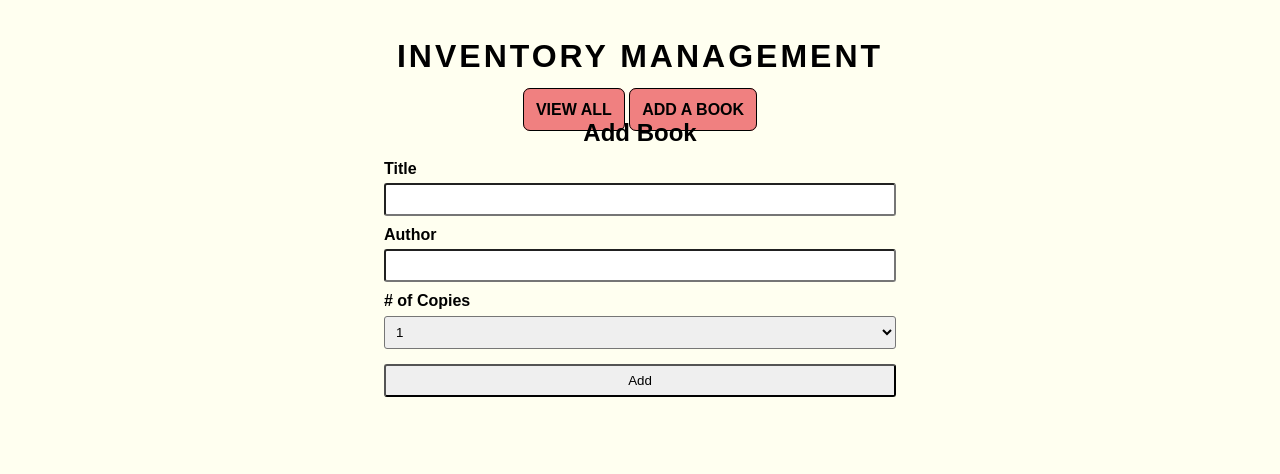
Repository: MuffinCrow/ucvts-library
Page: http://localhost/ucvts-library/bookform.jsp
An editor plug-in stored every save of this project. The page is shown before and after the next save, followed by the edit.
The browser window is 1280 px wide. The pictures show the whole page.
The page is served by Tomcat 9. Other server files are loaded and not shown. The template is opened directly, without the code that normally fills it, so the values that code supplies are empty.

Above is the page before, as saved 2021-01-12 05:21:37.

### Code/ucvts-library/WebContent/bookform.jsp
<%@ page language="java" contentType="text/html; charset=UTF-8" pageEncoding="UTF-8"%>
<%@ taglib uri="http://java.sun.com/jsp/jstl/core" prefix="c"%>

<!DOCTYPE html>
<html>
	<head>
		<meta charset="UTF-8">
		<title>UCVTS Library</title>

		<style type="text/css">
			<%@ include file="css/styles.css" %>
		</style>
	</head>
	<body>
		<div>
			<h1>Inventory Management</h1>

			<div>
				<a href="${pageContext.request.contextPath}/" class="header-button">VIEW ALL</a>
				<A href="${pageContext.request.contextPath}/add" class="header-button">ADD A BOOK</A>
			</div>
		</div>
		<div>
			<c:if test="${book != null}">
				<h2>Edit Book</h2>
				<form action="update" method="post">
					<input type="hidden" name="id" value="<c:out value="${book.title}" />" />

					<label>Title<input type="text" name="title" value="<c:out value="${book.title}" />" /></label>
					<label>Author<input type="text" name="author" value="<c:out value="${book.title}" />" /></label>
					<label>
						# of Copies
						<select name="copies">
							<c:forEach begin="1" end="15" varStatus="loop">
								<option value="${loop.index}" <c:if test="${book.copies == loop.index}">selected</c:if>>${loop.index}</option>
							</c:forEach>
							</select>
						</label>
					<div class="form-actions">
						<input type="submit" value="Save" name="submit" />
						<input type="submit" value="Delete" name="submit" />
					</div>
				</form>
			</c:if>
			<c:if test="${book == null}">
				<h2>Add Book</h2>
				<form action="insert" method="post">
					<input type="hidden" name="id" />

					<label>Title<input type="text" name="title" /></label>
					<label>Author<input type="text" name="author" /></label>
					<label>
						# of Copies
							<select name="copies">
								<c:forEach begin="1" end="15" varStatus="loop">
									<option value="${loop.index}">${loop.index}</option>
								</c:forEach>
							</select>
						</label>
					<input type="submit" value="Add" name="submit" />
				</form>
			</c:if>
		</div>
	</body>
</html>

### Code/ucvts-library/WebContent/css/styles.css
* {
	box-sizing: border-box;
	margin: 0;
	padding: 0;
}

body {
	background-color: ivory;
	font-family: "Montserrat", sans-serif;
	padding-top: 3%;
	text-align: center;
}

h1 {
	letter-spacing: 3px;
	margin-bottom: 2%;
	text-transform: uppercase;
}

table {
	border-collapse: collapse;
	margin: 0 auto;
	width: 80%;
}

table tr:first-child {
	background-color: lightblue;
}

table th {
	font-weight: bold;
}

table td {
	text-align: left;
}

table td:nth-child(3),
table td:nth-child(4) {
	text-align: center;
}

table td:nth-child(5) div {
	display: flex;
	justify-content: space-around;
}

table th,
table td {
	padding: 7px;
}

form {
	display: flex;
	flex-direction: column;
	margin: 0 auto;
	width: 40%;
}

form label {
	display: flex;
	flex-direction: column;
	font-weight: bold;
	margin-bottom: 2%;
	text-align: left;
}

form input,
form select {
	border-radius: 3px;
	margin-top: 1%;
	padding: 7px;
}

h2 {
	margin-bottom: 1%;
}

.header {
	display: flex;
	justify-content: space-between;
	margin: 0 auto;
	margin-bottom: 2%;
	width: 30%;
}

.header-button {
	background-color: lightcoral;
	border: 1px solid black;
	border-radius: 7px;
	color: black;
	font-weight: bold;
	padding: 12px;
	text-align: center;
	text-decoration: none;
	width: 45%;
}

.header-button:active {
	background-color: coral;
	color: white;
}

.button {
	background-color: lightgray;
	border: 1px solid black;
	border-radius: 3px;
	color: black;
	font-size: 14px;
	padding: 5px;
	text-align: center;
	text-decoration: none;
	width: 25%;
}

.button:active {
	background-color: darkgray;
	color: white;
}

.form-actions {
	display: flex;
	justify-content: space-between;
	margin-top: 3%;
}

.form-actions input {
	width: 45%;
}

After the next save:
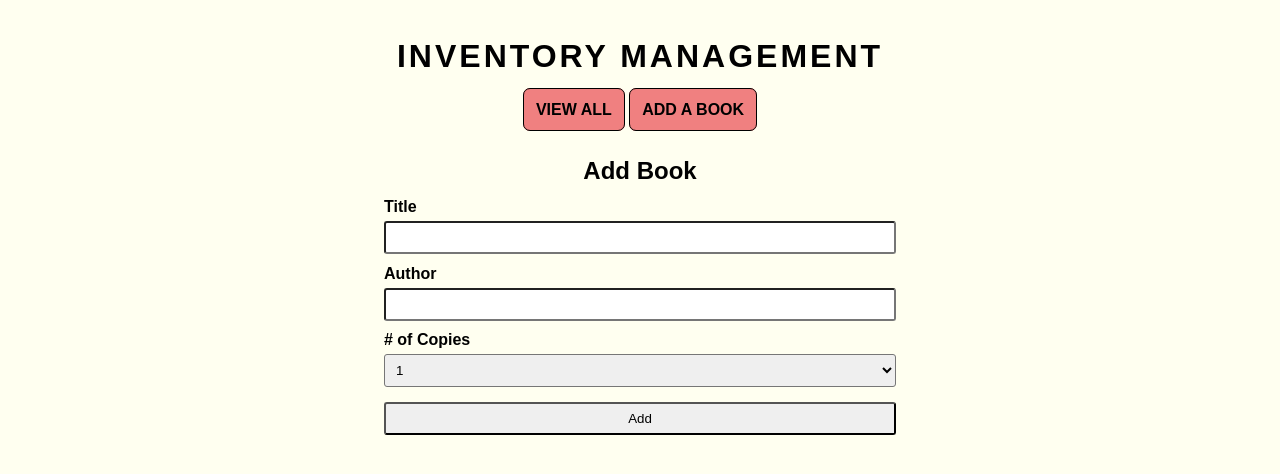
Saved 7 min 57 s later.
--- a/Code/ucvts-library/WebContent/css/styles.css
+++ b/Code/ucvts-library/WebContent/css/styles.css
@@ -74,6 +74,8 @@ form select {
 
 h2 {
 	margin-bottom: 1%;
+	font-weight: bold;
+	margin-top: 3%;
 }
 
 .header {
